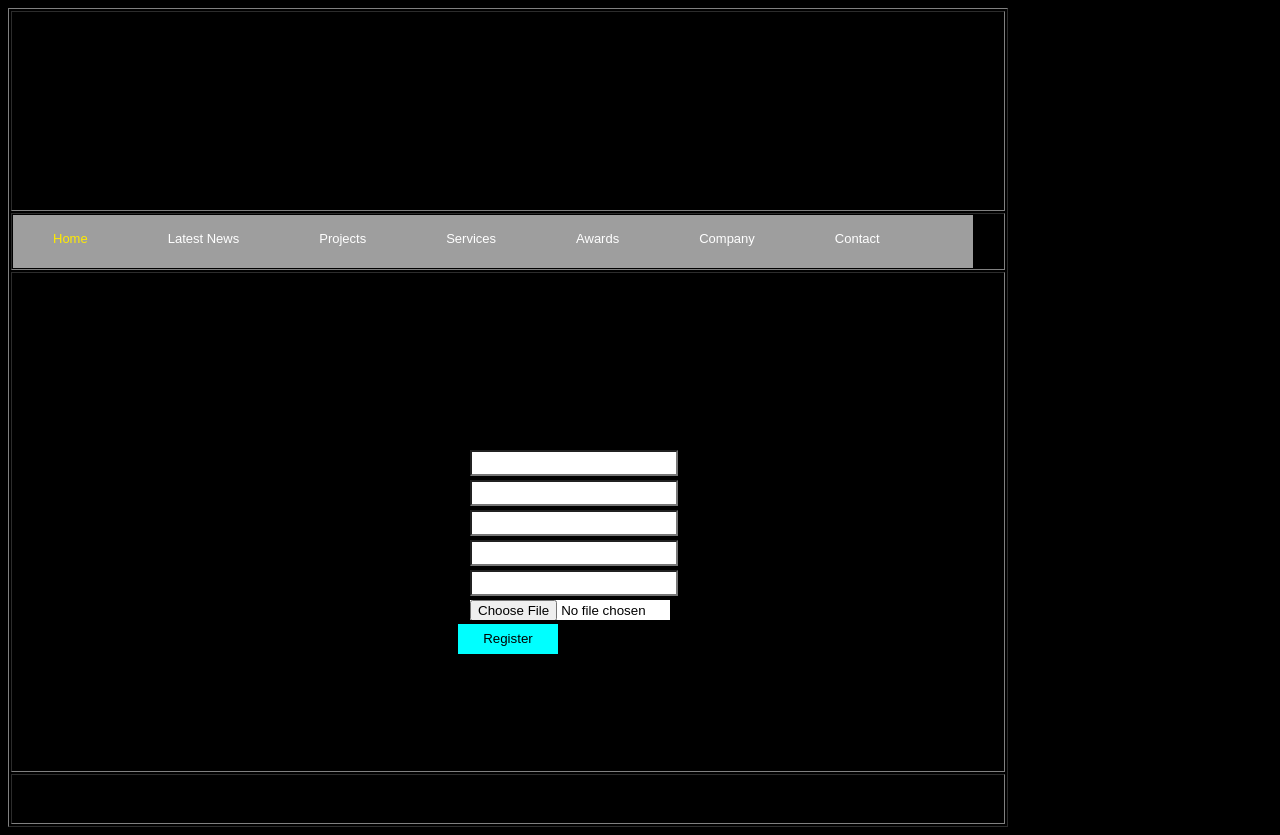
Repository: PraveenRavipati/MyWork
Page: Java/workspaces/office Java WorkScapces/works/javaTraining/WebContent/Register.html
An editor plug-in stored every save of this project. The page is shown before and after the next save, followed by the edit.
The browser window is 1280 px wide. The pictures show the whole page.
Pictures or frames that could not be fetched are drawn as grey boxes.

Above is the page before, as saved 2014-06-02 09:52:21.

### Java/workspaces/office Java WorkScapces/works/javaTraining/WebContent/Register.html
<!DOCTYPE html PUBLIC "-//W3C//DTD HTML 4.01 Transitional//EN" "http://www.w3.org/TR/html4/loose.dtd">
<html>
<head>
<meta http-equiv="Content-Type" content="text/html; charset=UTF-8">
<title>Insert title here</title>
<link href="style.css" rel="stylesheet" type="text/css">
<script type="text/javascript">

</script>
</head>
<body bgcolor="black">
	<table border="1" width="1000">
		<tr height="200">
			<td>Head</td>
		</tr>
		<tr height="50">
			<td><div id="templatemo_menu">
            	<ul>
                    <li><a href="#" class="current">Home</a></li>
                    <li><a href="#">Latest News</a></li>
                    <li><a href="#">Projects</a></li>
                    <li><a href="#">Services</a></li>
                    <li><a href="#">Awards</a></li>
                    <li><a href="#">Company</a></li>
                    <li><a href="#" class="last">Contact</a></li>
                </ul>
            </div></td>
		</tr>
		<tr height="500">
			<td>
			<form action="./Register" method="post" name="f1">
				<table align="center" border="0">
				<caption><h3>Register</h3></caption>
				<tr>
					<td>Name</td>
					<td>:</td>
					<td><input type="text" name="name" onblur="name();"></td>
				</tr>
				<tr>
					<td>Email</td>
					<td>:</td>
					<td><input type="text" name="email"></td>
				</tr>
				<tr>
					<td>Username</td>
					<td>:</td>
					<td><input type="text" name="uname"></td>
				</tr>
				<tr>
					<td>Password</td>
					<td>:</td>
					<td><input type="password" name="pwd"></td>
				</tr>
				<tr>
					<td>Confirm Password</td>
					<td>:</td>
					<td><input type="password" name="confipwd"></td>
				</tr>
				<tr>
					<td>Photo</td>
					<td>:</td>
					<td><input type="file" name="photo" /></td>
				</tr>
				<tr>
					<td colspan="3" align="center"><input class="submit" type="submit" value="Register"></td>
				</tr>
				</table>
				</form>
			</td>
		</tr>
		<tr height="50">
			<td>footer</td>
		</tr>
	</table>
</body>
</html>

### Java/workspaces/office Java WorkScapces/works/javaTraining/WebContent/style.css
input {
	width: 200px;
	height: 20px;
	background-color: inactivecaption;

}
.submit{
	width: 100px;
	height: 30px;
	background-color: aqua;
	border-style: hidden;
}
#templatemo_menu {
	float: left;
	width: 960px;
	height: 48px;
	background: url(images/templatemo_menu_bg.jpg);
	padding: 5px 0 0 0;
}

#templatemo_menu ul {
	float: right;
	margin: 0px;
	padding: 0 0 0 0;
	width: 960px;
	list-style: none;
}

#templatemo_menu ul li {
	display: inline;
}

#templatemo_menu ul li a {
	float: left;
	padding: 11px 40px;
	text-align: center;
	font-size: 12px;
	text-align: center;
	text-decoration: none;
	background: url(images/templatemo_menu_divider.png) center right no-repeat;
	color: #fff;
	font-family: Arial, Helvetica, sans-serif;
	font-size: 13px;
	outline: none;
}

#templatemo_menu li a:hover, #templatemo_menu li .current {
	color: #ffeb00;
}

#templatemo_menu li .last {
	background: none;
}

After the next save:
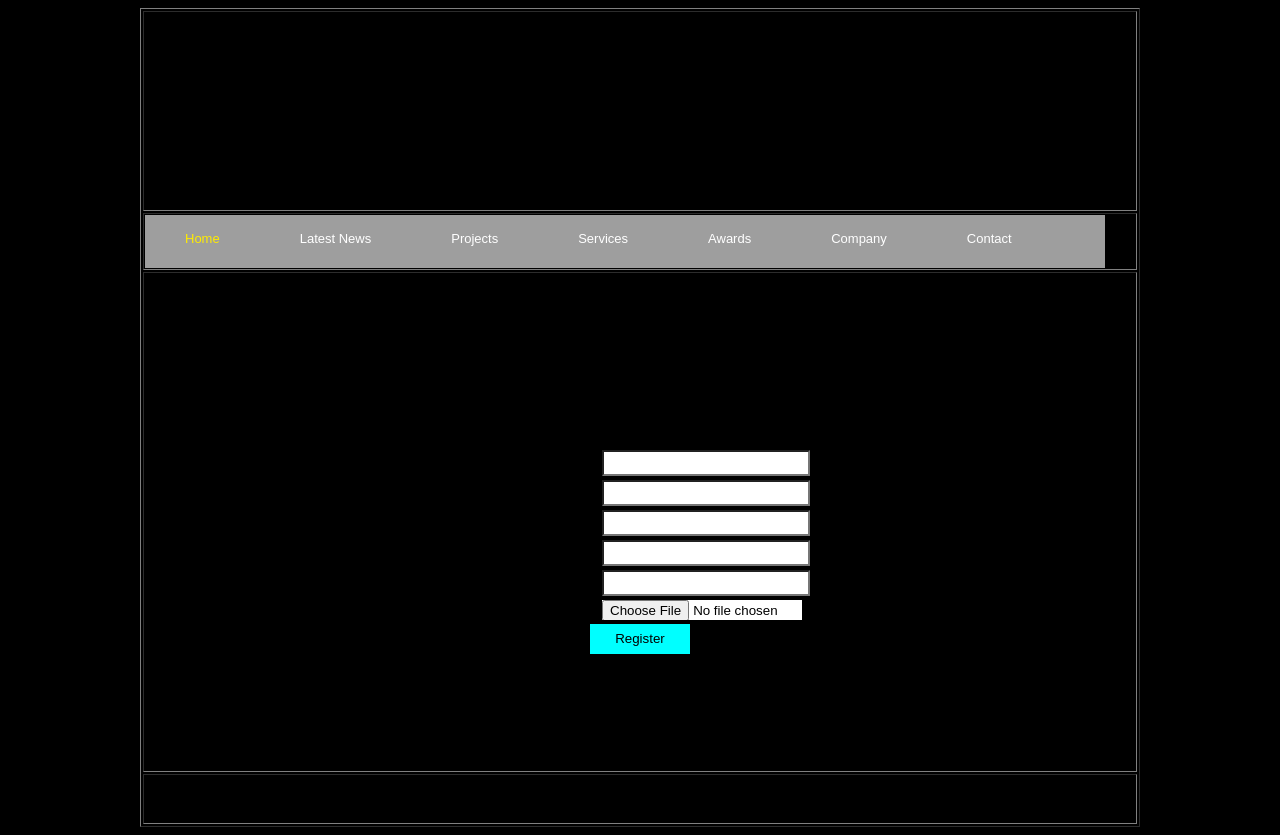
Saved 47 s later.
--- a/Java/workspaces/office Java WorkScapces/works/javaTraining/WebContent/Register.html
+++ b/Java/workspaces/office Java WorkScapces/works/javaTraining/WebContent/Register.html
@@ -9,7 +9,7 @@
 </script>
 </head>
 <body bgcolor="black">
-	<table border="1" width="1000">
+	<table border="1" width="1000" align="center">
 		<tr height="200">
 			<td>Head</td>
 		</tr>
